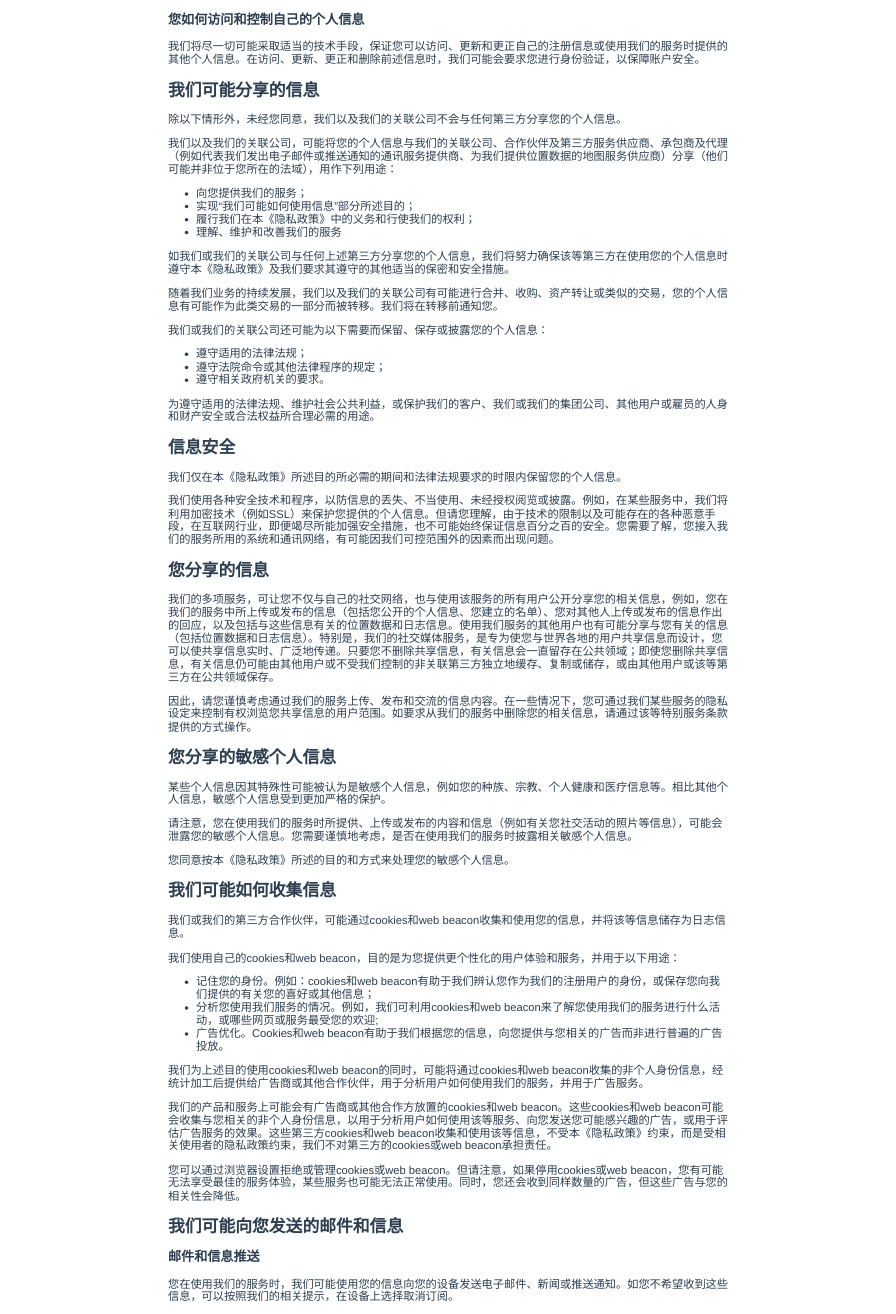
Repository: zl-mdc/privacy-policy
Page: /
The author's editor kept a copy of each file at every save. The page is drawn from the files as they stood at one save, then again after the next save.
The browser window is 1280 px wide. The pictures show the part of the page from y = 1322 to 3242 px (the page is 3199 px tall before and 3242 px after), at 70% of full size.
The project was rebuilt for these pictures with package versions that can differ from the ones it lists, and the page was loaded fresh each time.

Above is the page before, as saved 2020-09-17 16:14:00.

### src/main.js
import Vue from 'vue'
import App from './App.vue'
import 'normalize.css'

Vue.config.productionTip = false

new Vue({
  render: h => h(App),
}).$mount('#app')

### src/App.vue
<template>
  <div id="app">
    <Info />
  </div>
</template>

<script>
import Info from './components/Info';

export default {
  name: 'App',
  components: {
    Info
  }
}
</script>

<style>
#app {
  font-family: Avenir, Helvetica, Arial, sans-serif;
  -webkit-font-smoothing: antialiased;
  -moz-osx-font-smoothing: grayscale;
  text-align: center;
  color: #2c3e50;
  margin-top: 60px;
}
</style>

### src/components/Info.vue
<!--
 * @Author: Code_Master
 * @Date: 2020-09-17 15:00:51
 * @LastEditTime: 2020-09-17 16:14:00
 * @LastEditors: Code_Master
 * @FilePath: /privacy-policy/src/components/Info.vue
 * @Description: The first 90% of the code accounts for the first 90% of the development time. The remaining 10% of the code accounts for the other 90% of the development time.
-->
<template>
    <div id="info">
          <h1>红岩网校工作站隐私政策</h1>

          <h2>引言</h2>
          <p><span></span>其明重视用户的隐私，隐私权是您重要的权利。您在使用我们的服务时，我们可能会收集和使用您的相关信息。我们希望通过本《隐私政策》向您说明，在使用我们的服务时，我们如何收集、使用、储存和分享这些信息，以及我们为您提供的访问、更新、控制和保护这些信息的方式。本《隐私政策》与您所使用的其明服务息息相关，希望您仔细阅读，在需要时，按照本《隐私政策》的指引，作出您认为适当的选择。本《隐私政策》中涉及的相关技术词汇，我们尽量以简明扼要的表述，并提供进一步说明的链接，以便您的理解。 您使用或继续使用我们的服务，即意味着同意我们按照本《隐私政策》收集、使用、储存和分享您的相关信息。 如对本《隐私政策》或相关事宜有任何问题，请与我们联系。 </p>

          <h2>我们可能收集的信息</h2>
          <p>我们提供服务时，可能会收集、储存和使用下列与您有关的信息。如果您不提供相关信息，可能无法注册成为我们的用户或无法享受我们提供的某些服务，或者无法达到相关服务拟达到的效果。</p>
          <h3>您提供的信息</h3>
          <p>您在注册账户或使用我们的服务时，向我们提供的相关个人信息，例如电话号码、电子邮件或银行卡号等；</p>
          <p>您通过我们的服务向其他方提供的共享信息，以及您使用我们的服务时所储存的信息。</p>
          <h3>其他方分享的您的信息</h3>
          <p>其他方使用我们的服务时所提供有关您的共享信息。</p>
          <h3>我们获取的您的信息</h3>
          <p>您使用服务时我们可能收集如下信息：</p>
          <p>日志信息，指您使用我们的服务时，系统可能通过cookies、web beacon或其他方式自动采集的技术信息，包括：设备或软件信息，例如您的移动设备、网页浏览器或用于接入我们服务的其他程序所提供的配置信息、您的IP地址和移动设备所用的版本和设备识别码；</p>
          <p>在使用我们服务时搜索或浏览的信息，例如您使用的网页搜索词语、访问的社交媒体页url地址，以及您在使用我们服务时浏览或要求提供的其他信息和内容详情；有关您曾使用的移动应用（APP）和其他软件的信息，以及您曾经使用该等移动应用和软件的信息；</p>
          <p>您通过我们的服务进行通讯的信息，例如曾通讯的账号，以及通讯时间、数据和时长；</p>
          <p>位置信息，指您开启设备定位功能并使用我们基于位置提供的相关服务时，收集的有关您位置的信息，包括：</p>
          <ul>
              <li>您通过具有定位功能的移动设备使用我们的服务时，通过GPS或WiFi等方式收集的您的地理位置信息；</li>
              <li>您或其他用户提供的包含您所处地理位置的实时信息，例如您提供的账户信息中包含的您所在地区信息，您或其他人上传的显示您当前或曾经所处地理位置的共享信息，您或其他人共享的照片包含的地理标记信息；</li>
          </ul>
          <p>您可以通过关闭定位功能，停止对您的地理位置信息的收集。</p>

          <h2>我们可能如何使用信息</h2>
          <p>我们可能将在向您提供服务的过程之中所收集的信息用作下列用途：</p>
          <ul>
              <li>向您提供服务； </li>
              <li>在我们提供服务时，用于身份验证、客户服务、安全防范、诈骗监测、存档和备份用途，确保我们向您提供的产品和服务的安全性； </li>
              <li>帮助我们设计新服务，改善我们现有服务；使我们更加了解您如何接入和使用我们的服务，从而针对性地回应您的个性化需求，例如语言设定、 位置设定、个性化的帮助服务和指示，或对您和其他用户作出其他方面的回应；</li>
              <li>向您提供与您更加相关的广告以替代普遍投放的广告；评估我们服务中的广告和其他促销及推广活动的效果，并加以改善；软件认证或管理软件升级；让您参与有关我们产品和服务的调查。</li>
          </ul>
          <p>为了让您有更好的体验、改善我们的服务或您同意的其他用途，在符合相关法律法规的前提下，我们可能将通过某一项服务所收集的信息，以汇集信息或者个性化的方式，用于我们的其他服务。例如，在您使用我们的一项服务时所收集的信息，可能在另一服务中用于向您提供特定内容，或向您展示与您相关的、非普遍推送的信息。如果我们在相关服务中提供了相应选项，您也可以授权我们将该服务所提供和储存的信息用于我们的其他服务。</p>
          <h3>您如何访问和控制自己的个人信息</h3>
          <p>我们将尽一切可能采取适当的技术手段，保证您可以访问、更新和更正自己的注册信息或使用我们的服务时提供的其他个人信息。在访问、更新、更正和删除前述信息时，我们可能会要求您进行身份验证，以保障账户安全。</p>

          <h2>我们可能分享的信息</h2>
          <p>除以下情形外，未经您同意，我们以及我们的关联公司不会与任何第三方分享您的个人信息。</p>
          <p>我们以及我们的关联公司，可能将您的个人信息与我们的关联公司、合作伙伴及第三方服务供应商、承包商及代理（例如代表我们发出电子邮件或推送通知的通讯服务提供商、为我们提供位置数据的地图服务供应商）分享（他们可能并非位于您所在的法域），用作下列用途：</p>
          <ul>
              <li>向您提供我们的服务；</li>
              <li>实现“我们可能如何使用信息”部分所述目的；</li>
              <li>履行我们在本《隐私政策》中的义务和行使我们的权利； </li>
              <li>理解、维护和改善我们的服务</li>
          </ul>
          <p>如我们或我们的关联公司与任何上述第三方分享您的个人信息，我们将努力确保该等第三方在使用您的个人信息时遵守本《隐私政策》及我们要求其遵守的其他适当的保密和安全措施。</p>
          <p>随着我们业务的持续发展，我们以及我们的关联公司有可能进行合并、收购、资产转让或类似的交易，您的个人信息有可能作为此类交易的一部分而被转移。我们将在转移前通知您。</p>
          <p>我们或我们的关联公司还可能为以下需要而保留、保存或披露您的个人信息：</p>
          <ul>
              <li>遵守适用的法律法规；</li>
              <li>遵守法院命令或其他法律程序的规定； </li>
              <li>遵守相关政府机关的要求。 </li>
          </ul>
          <p>为遵守适用的法律法规、维护社会公共利益，或保护我们的客户、我们或我们的集团公司、其他用户或雇员的人身和财产安全或合法权益所合理必需的用途。</p>

          <h2>信息安全</h2>
          <p>我们仅在本《隐私政策》所述目的所必需的期间和法律法规要求的时限内保留您的个人信息。</p>
          <p>我们使用各种安全技术和程序，以防信息的丢失、不当使用、未经授权阅览或披露。例如，在某些服务中，我们将利用加密技术（例如SSL）来保护您提供的个人信息。但请您理解，由于技术的限制以及可能存在的各种恶意手段，在互联网行业，即便竭尽所能加强安全措施，也不可能始终保证信息百分之百的安全。您需要了解，您接入我们的服务所用的系统和通讯网络，有可能因我们可控范围外的因素而出现问题。</p>

          <h2>您分享的信息</h2>
          <p>我们的多项服务，可让您不仅与自己的社交网络，也与使用该服务的所有用户公开分享您的相关信息，例如，您在我们的服务中所上传或发布的信息（包括您公开的个人信息、您建立的名单）、您对其他人上传或发布的信息作出的回应，以及包括与这些信息有关的位置数据和日志信息。使用我们服务的其他用户也有可能分享与您有关的信息（包括位置数据和日志信息）。特别是，我们的社交媒体服务，是专为使您与世界各地的用户共享信息而设计，您可以使共享信息实时、广泛地传递。只要您不删除共享信息，有关信息会一直留存在公共领域；即使您删除共享信息，有关信息仍可能由其他用户或不受我们控制的非关联第三方独立地缓存、复制或储存，或由其他用户或该等第三方在公共领域保存。</p>
          <p>因此，请您谨慎考虑通过我们的服务上传、发布和交流的信息内容。在一些情况下，您可通过我们某些服务的隐私设定来控制有权浏览您共享信息的用户范围。如要求从我们的服务中删除您的相关信息，请通过该等特别服务条款提供的方式操作。</p>

          <h2>您分享的敏感个人信息  </h2>
          <p>某些个人信息因其特殊性可能被认为是敏感个人信息，例如您的种族、宗教、个人健康和医疗信息等。相比其他个人信息，敏感个人信息受到更加严格的保护。</p>
          <p>请注意，您在使用我们的服务时所提供、上传或发布的内容和信息（例如有关您社交活动的照片等信息），可能会泄露您的敏感个人信息。您需要谨慎地考虑，是否在使用我们的服务时披露相关敏感个人信息。</p>
          <p>您同意按本《隐私政策》所述的目的和方式来处理您的敏感个人信息。</p>

          <h2>我们可能如何收集信息</h2>
          <p>我们或我们的第三方合作伙伴，可能通过cookies和web beacon收集和使用您的信息，并将该等信息储存为日志信息。</p>
          <p>我们使用自己的cookies和web beacon，目的是为您提供更个性化的用户体验和服务，并用于以下用途：</p>
          <ul>
              <li>记住您的身份。例如：cookies和web beacon有助于我们辨认您作为我们的注册用户的身份，或保存您向我们提供的有关您的喜好或其他信息；</li>
              <li>分析您使用我们服务的情况。例如，我们可利用cookies和web beacon来了解您使用我们的服务进行什么活动，或哪些网页或服务最受您的欢迎;</li>
              <li>广告优化。Cookies和web beacon有助于我们根据您的信息，向您提供与您相关的广告而非进行普遍的广告投放。</li>
          </ul>
          <p>我们为上述目的使用cookies和web beacon的同时，可能将通过cookies和web beacon收集的非个人身份信息，经统计加工后提供给广告商或其他合作伙伴，用于分析用户如何使用我们的服务，并用于广告服务。</p>
          <p>我们的产品和服务上可能会有广告商或其他合作方放置的cookies和web beacon。这些cookies和web beacon可能会收集与您相关的非个人身份信息，以用于分析用户如何使用该等服务、向您发送您可能感兴趣的广告，或用于评估广告服务的效果。这些第三方cookies和web beacon收集和使用该等信息，不受本《隐私政策》约束，而是受相关使用者的隐私政策约束，我们不对第三方的cookies或web beacon承担责任。</p>
          <p>您可以通过浏览器设置拒绝或管理cookies或web beacon。但请注意，如果停用cookies或web beacon，您有可能无法享受最佳的服务体验，某些服务也可能无法正常使用。同时，您还会收到同样数量的广告，但这些广告与您的相关性会降低。</p>

          <h2>我们可能向您发送的邮件和信息 </h2>
          <h3>邮件和信息推送</h3>
          <p>您在使用我们的服务时，我们可能使用您的信息向您的设备发送电子邮件、新闻或推送通知。如您不希望收到这些信息，可以按照我们的相关提示，在设备上选择取消订阅。</p>
    </div>
</template>

<script>
export default {
    name: "Info",
}
</script>

<style>
    #info {
        width: 800px;
        margin: 0 auto;
        text-align: left;
    }
    h1 {
        text-align: center;
    }
</style>

Loaded but not shown: public/index.html (common file)

After the next save:
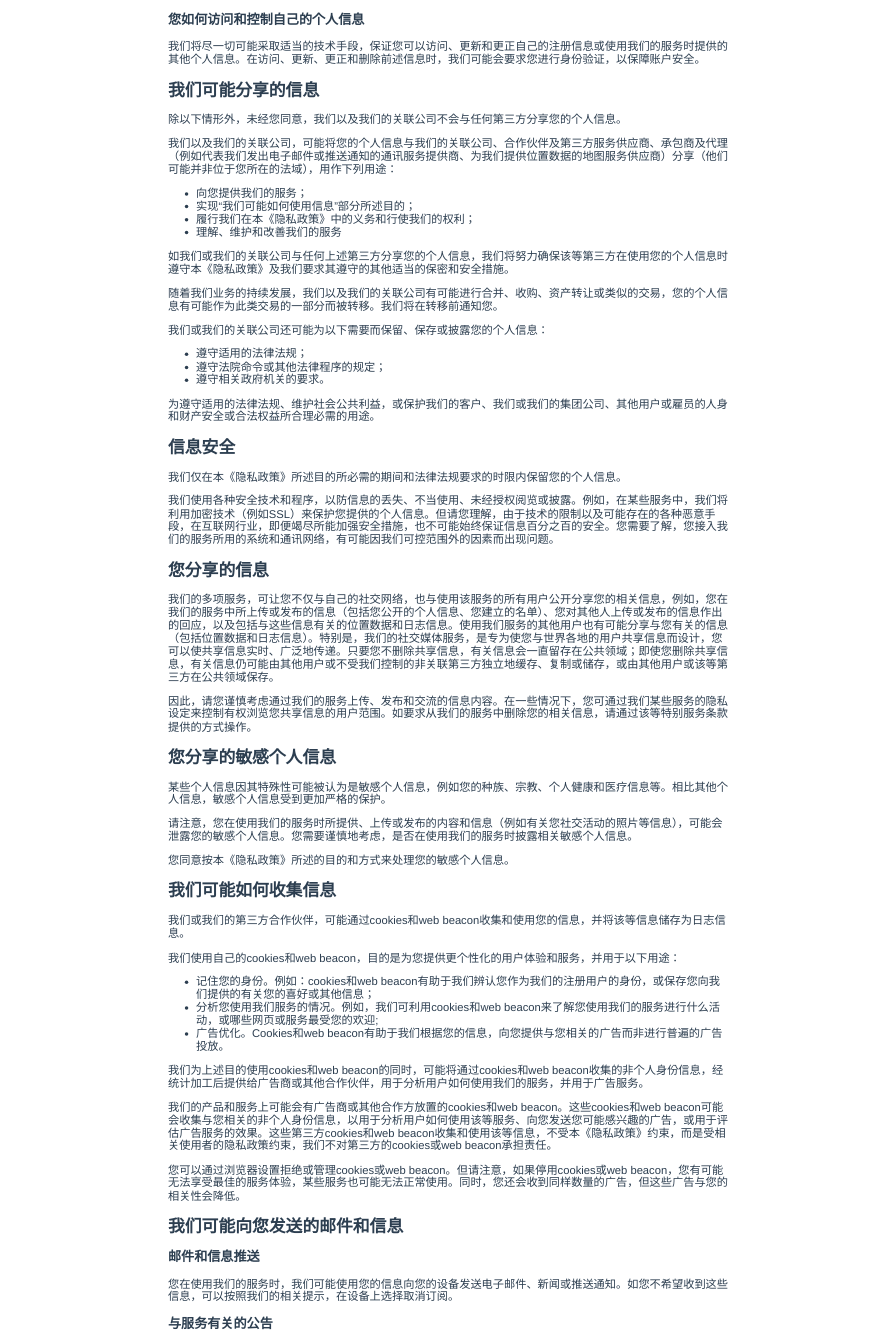
Saved 17 s later.
--- a/src/components/Info.vue
+++ b/src/components/Info.vue
@@ -1,7 +1,7 @@
 <!--
  * @Author: Code_Master
  * @Date: 2020-09-17 15:00:51
- * @LastEditTime: 2020-09-17 16:14:00
+ * @LastEditTime: 2020-09-17 16:14:17
  * @LastEditors: Code_Master
  * @FilePath: /privacy-policy/src/components/Info.vue
  * @Description: The first 90% of the code accounts for the first 90% of the development time. The remaining 10% of the code accounts for the other 90% of the development time.
@@ -91,6 +91,8 @@
           <h2>我们可能向您发送的邮件和信息 </h2>
           <h3>邮件和信息推送</h3>
           <p>您在使用我们的服务时，我们可能使用您的信息向您的设备发送电子邮件、新闻或推送通知。如您不希望收到这些信息，可以按照我们的相关提示，在设备上选择取消订阅。</p>
+          <h3>与服务有关的公告</h3>
+
     </div>
 </template>
 
